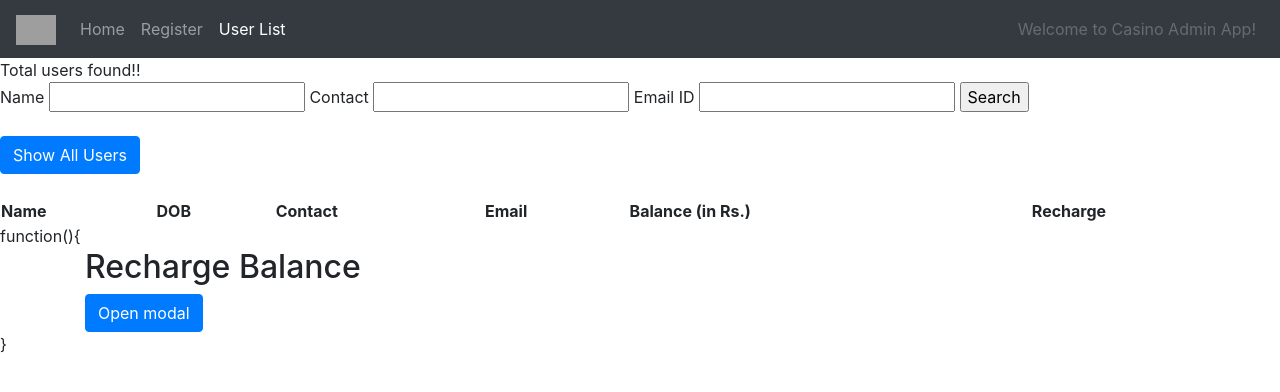
Repository: piyushrulesyou/CasinoGameApplication
Page: http://localhost/adminPanel/UsersList.jsp
The author's editor kept a copy of each file at every save. The page is drawn from the files as they stood at one save, then again after the next save.
The browser window is 1280 px wide. The pictures show the whole page.
Pictures or frames that could not be fetched are drawn as grey boxes. The page is served by Tomcat 9. Nobody is signed in. The application's start-up code is not run.

Above is the page before, as saved 2019-11-01 06:32:09.

After the next save:
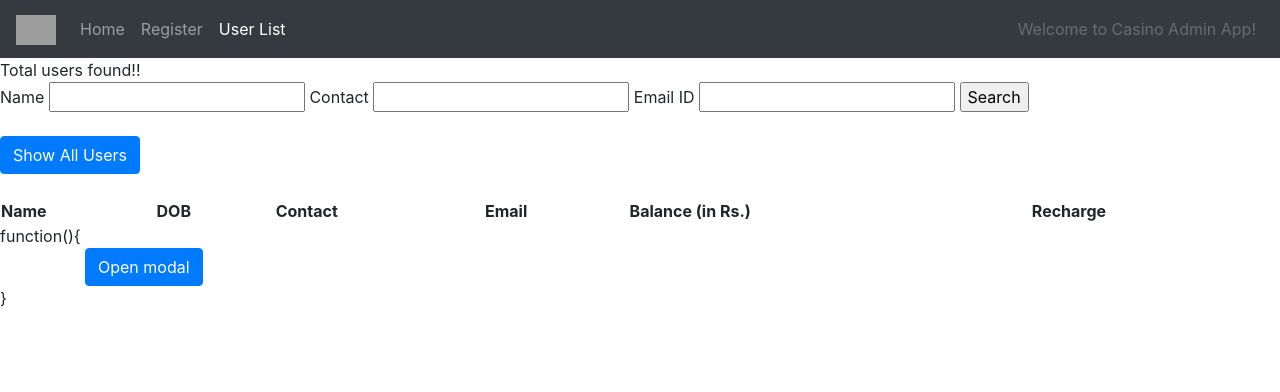
Saved 20 s later.
--- a/AdminPanel/adminPanel/src/main/webapp/UsersList.jsp
+++ b/AdminPanel/adminPanel/src/main/webapp/UsersList.jsp
@@ -105,7 +105,6 @@ function(){
 
 
 <div class="container">
-  <h2>Recharge Balance</h2>
   <!-- Button to Open the Modal -->
   <button type="button" class="btn btn-primary" data-toggle="modal" data-target="#myModal">
     Open modal
